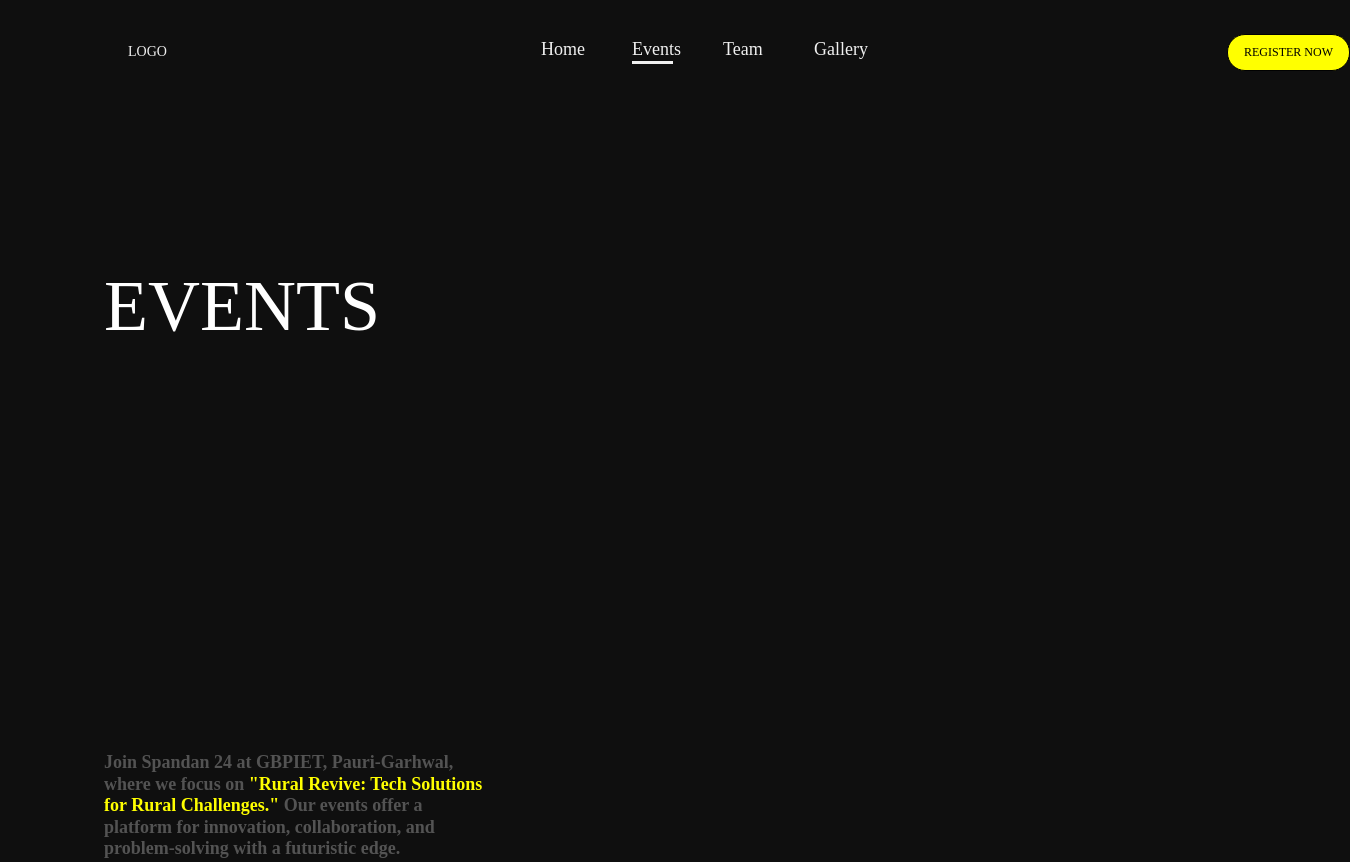
Repository: s4bbi/spandan-3.0
Page: /
The author's editor kept a copy of each file at every save. The page is drawn from the files as they stood at one save, then again after a run of saves.
The browser window is 1280 px wide. The page is 1350 px wide, so the pictures cover 1350 px, including what lies to the right of the window. The pictures show the whole page.
The project was rebuilt for these pictures with package versions that can differ from the ones it lists, and the page was loaded fresh each time. Also part of the build but not shown: vite.config.js, src/pages/Events/Events.jsx.

Above is the page before, as saved 2024-11-02 02:33:52.

After the next 2 saves:
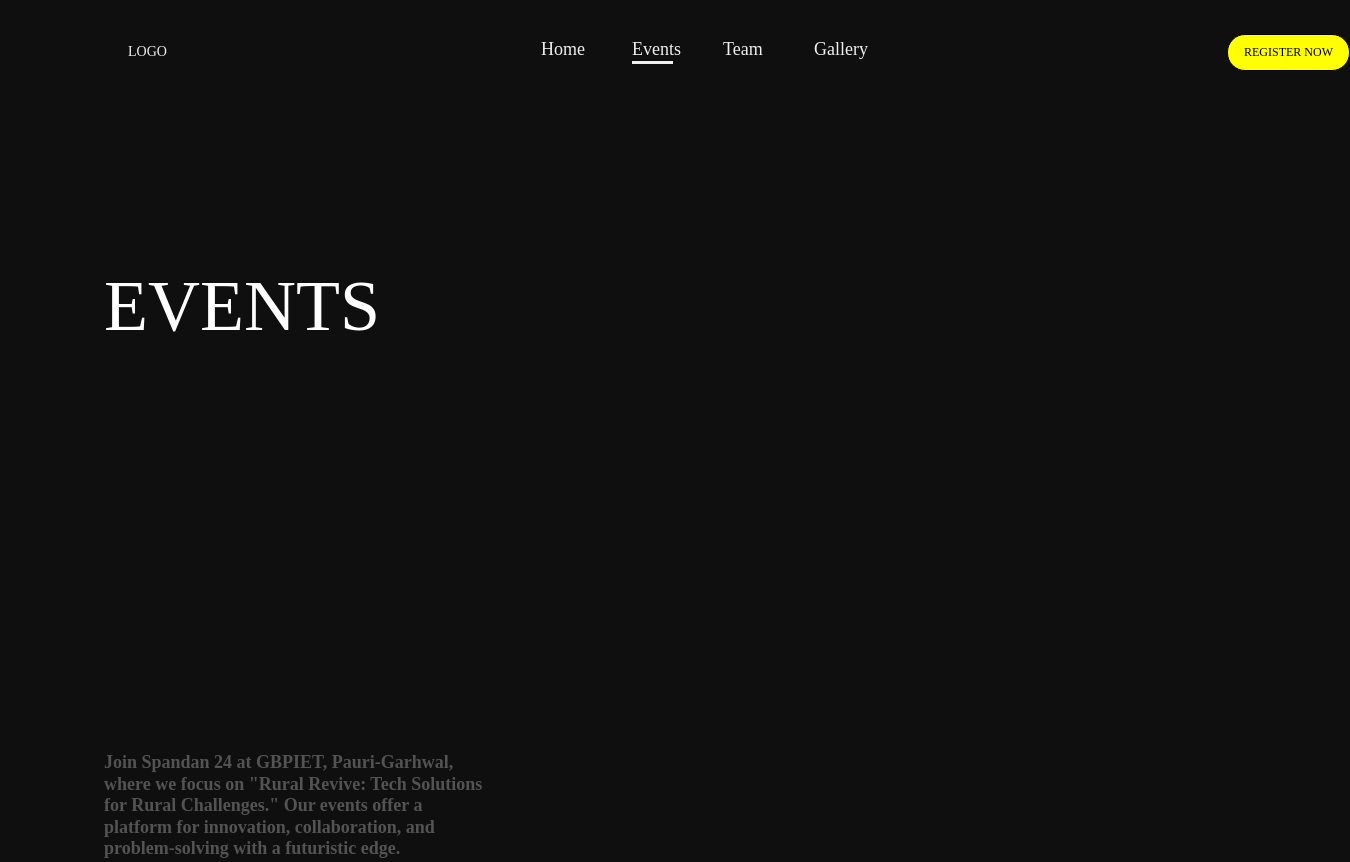
The 2 saves are shown as one change because they came seconds apart.
The last was saved 28 s later.
--- a/src/components/HeroSection/HeroSection.css
+++ b/src/components/HeroSection/HeroSection.css
@@ -37,7 +37,8 @@
   }
 
   .highlight {
-    color: yellow;
+    color: background: #FFFF00;
+    ;
     font-weight: bold;
   }
 

After the save that followed:
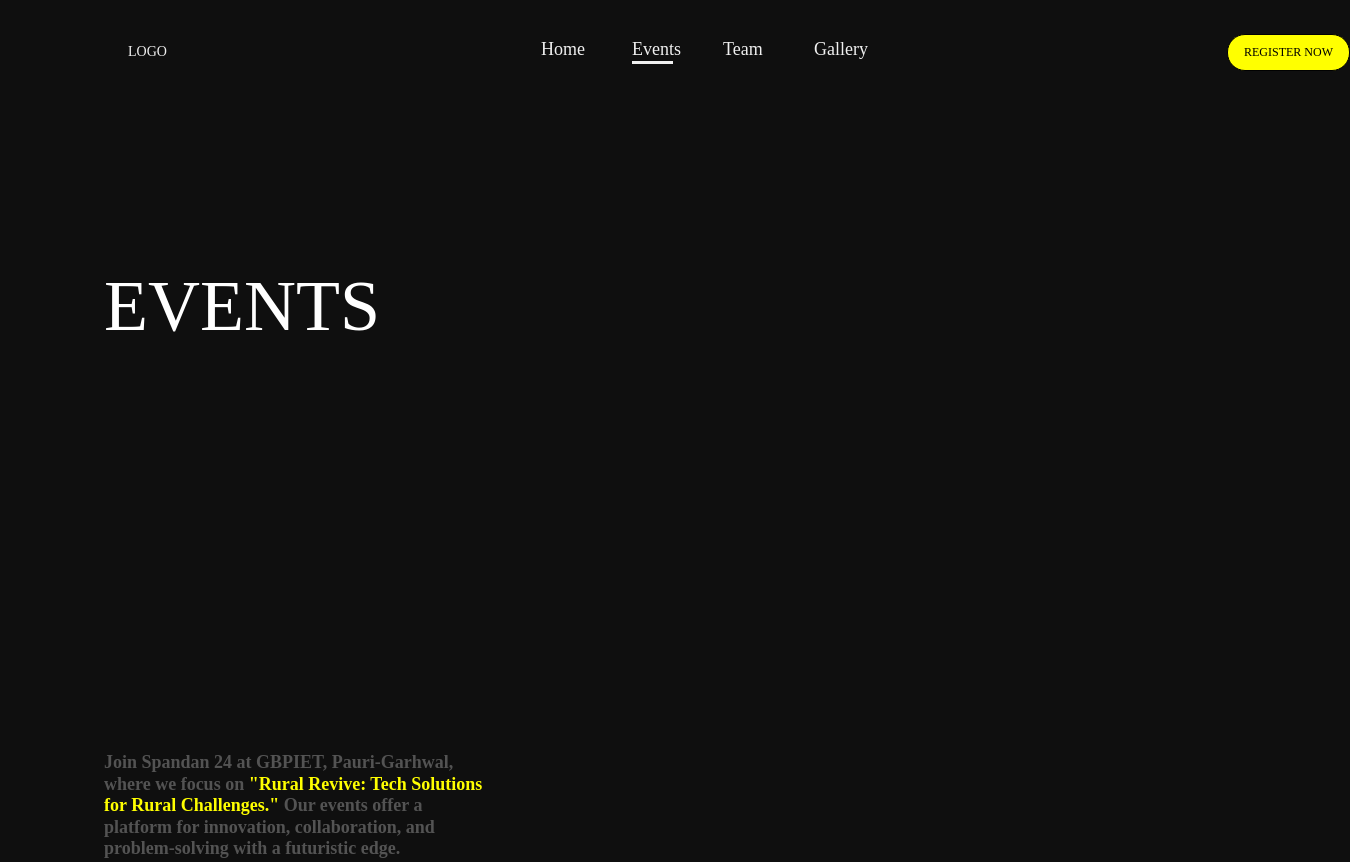
Saved 5 s later.
--- a/src/components/HeroSection/HeroSection.css
+++ b/src/components/HeroSection/HeroSection.css
@@ -37,7 +37,7 @@
   }
 
   .highlight {
-    color: background: #FFFF00;
+    color:#FFFF00;
     ;
     font-weight: bold;
   }
